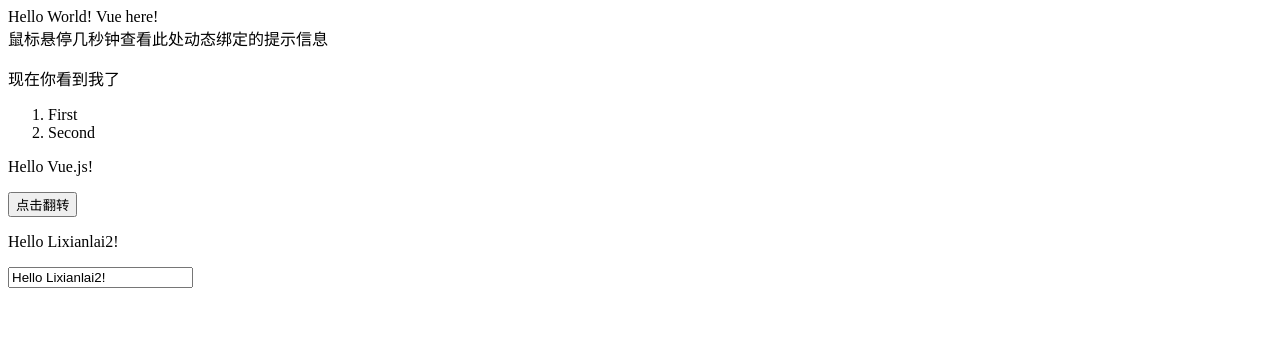
Repository: Lixianlai-2/The-journey-of-learning-Vue
Page: index.html
These files come from the project's save history. The page is drawn as it stood at one moment and after the next save; the edit follows.
The browser window is 1280 px wide. The pictures show the whole page.

Above is the page before, as saved 2022-04-04 14:22:05.

### index.html
<!DOCTYPE html>
<html lang="en">
  <head>
    <meta charset="UTF-8" />
    <meta http-equiv="X-UA-Compatible" content="IE=edge" />
    <meta name="viewport" content="width=device-width, initial-scale=1.0" />
    <title>Vue-demo1</title>
  </head>
  <body>
    <div id="app">{{ message }}</div>

    <div id="app-2">
      <!-- 表示是Vue提供的特殊attribute -->
      <span v-bind:title="mes"> 鼠标悬停几秒钟查看此处动态绑定的提示信息 </span>
    </div>

    <!-- 注意这里是用的id -->
    <div id="app-3">
      <p v-if="seen">现在你看到我了</p>
    </div>

    <div id="app-4">
      <ol>
        <li v-for="todo in todos">{{todo.text}}</li>
      </ol>
    </div>

    <div id="app-5">
      <p>{{message}}</p>
      <button v-on:click="reverseMessage">点击翻转</button>
    </div>

    <div id="app-6">
      <p>{{message}}</p>
      <input v-model="message" />
    </div>

    <div id="app-7"></div>

    <script src="https://cdn.jsdelivr.net/npm/vue@2/dist/vue.js"></script>
    <script src="./起步.js"></script>
  </body>
</html>

### 起步.js
// 关不提示
Vue.config.productionTip = false;

// 声明式渲染
var app = new Vue({
  el: "#app",
  data: {
    message: "Hello World! Vue here!",
  },
});

var app2 = new Vue({
  el: "#app-2",
  data: {
    mes: "页面加载于" + new Date().toLocaleString(),
  },
});

var app3 = new Vue({
  // 注意html中是用的id，不是用的class
  el: "#app-3",
  data: {
    seen: true,
  },
});

var app4 = new Vue({
  el: "#app-4",
  data: {
    todos: [{ text: "First" }, { text: "Second" }],
  },
});

var app5 = new Vue({
  el: "#app-5",
  data: {
    message: "Hello Vue.js!",
  },
  //   注意这里是methods，有个s，就因为这个s我查了很久啊
  methods: {
    reverseMessage() {
      console.log(this);
      console.log(this.message);
      this.message = this.message.split("").reverse().join("");
    },
  },
});

// 处理用户输入
var app6 = new Vue({
  el: "#app-6",
  data: {
    message: "Hello Lixianlai2!",
  },
});

// // 7.
new Vue({
  data: {
    n: 0,
  },
  template: `<div id="app-7">
  李先来{{n}}
  <button @click="add">+1</button>
</div>`,
  methods: {
    add() {
      this.n += 1;
    },
  },
}).$mount('')

// 组件化应用构建

After the next save:
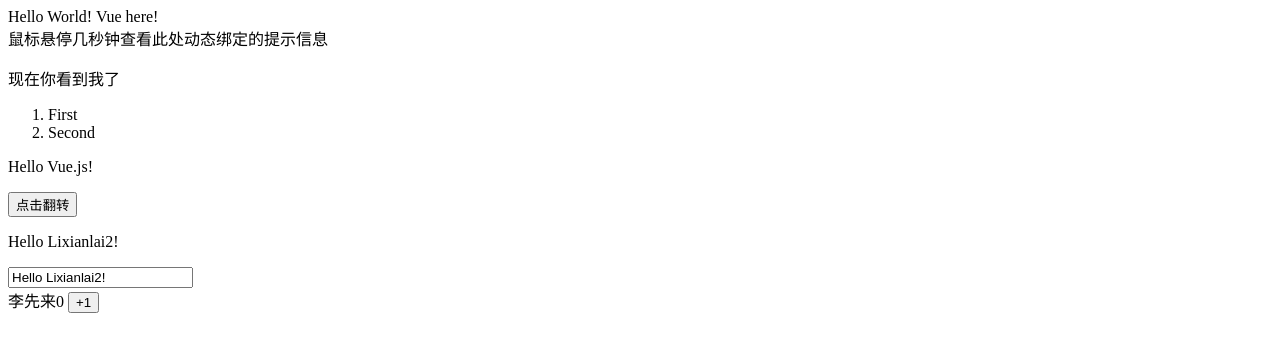
Saved 4 s later.
--- a/起步.js
+++ b/起步.js
@@ -68,6 +68,6 @@ new Vue({
       this.n += 1;
     },
   },
-}).$mount('')
+}).$mount('#app-7')
 
 // 组件化应用构建
